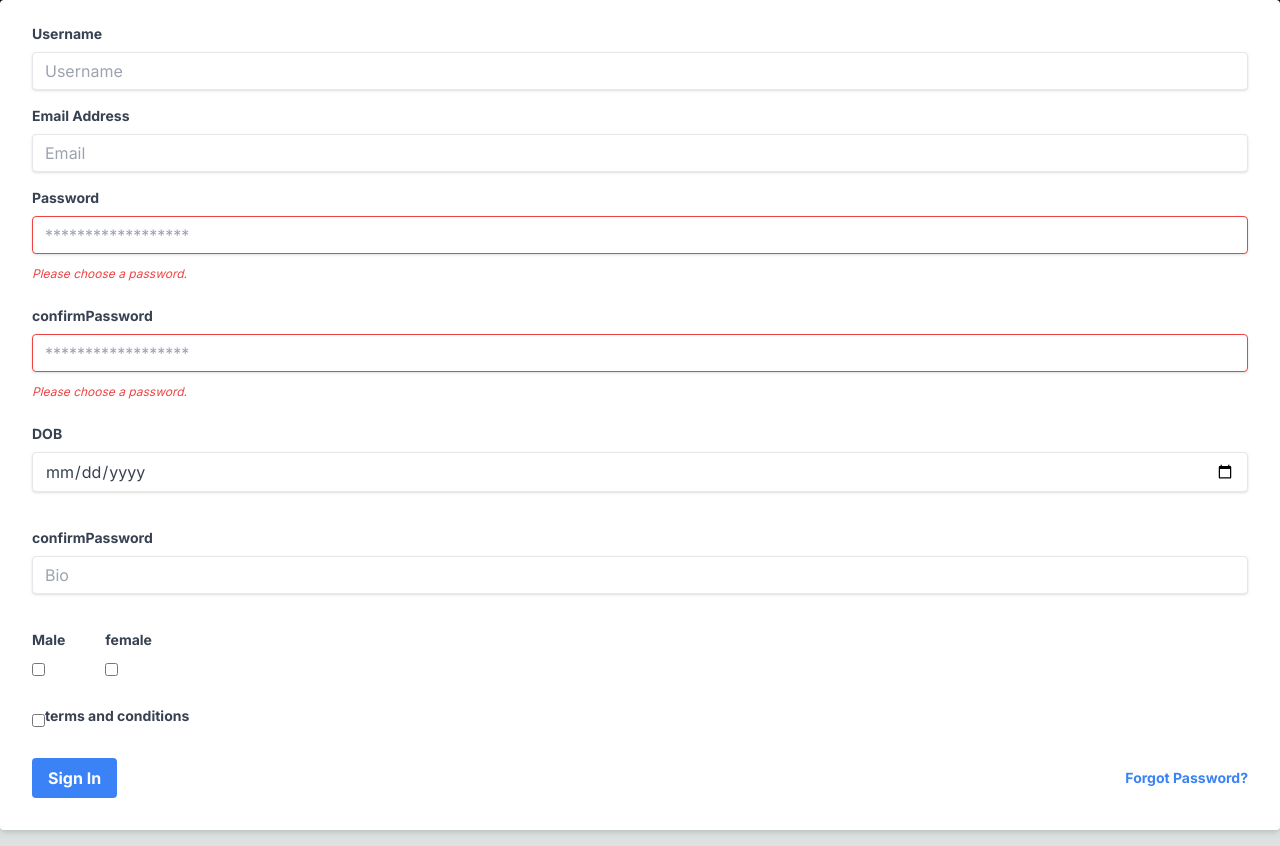
Repository: uh-sman/tiktok-card
Page: /
These files come from the project's save history. The page is drawn as it stood at one moment and after the next save; the edit follows.
The browser window is 1280 px wide. The pictures show the whole page.
The project was rebuilt for these pictures with package versions that can differ from the ones it lists, and the page was loaded fresh each time. The framework's server and built-in components were replaced by stand-ins that run in the browser. Also part of the build but not shown: next.config.js.

Above is the page before, as saved 2023-12-19 12:29:49.

After the next save:
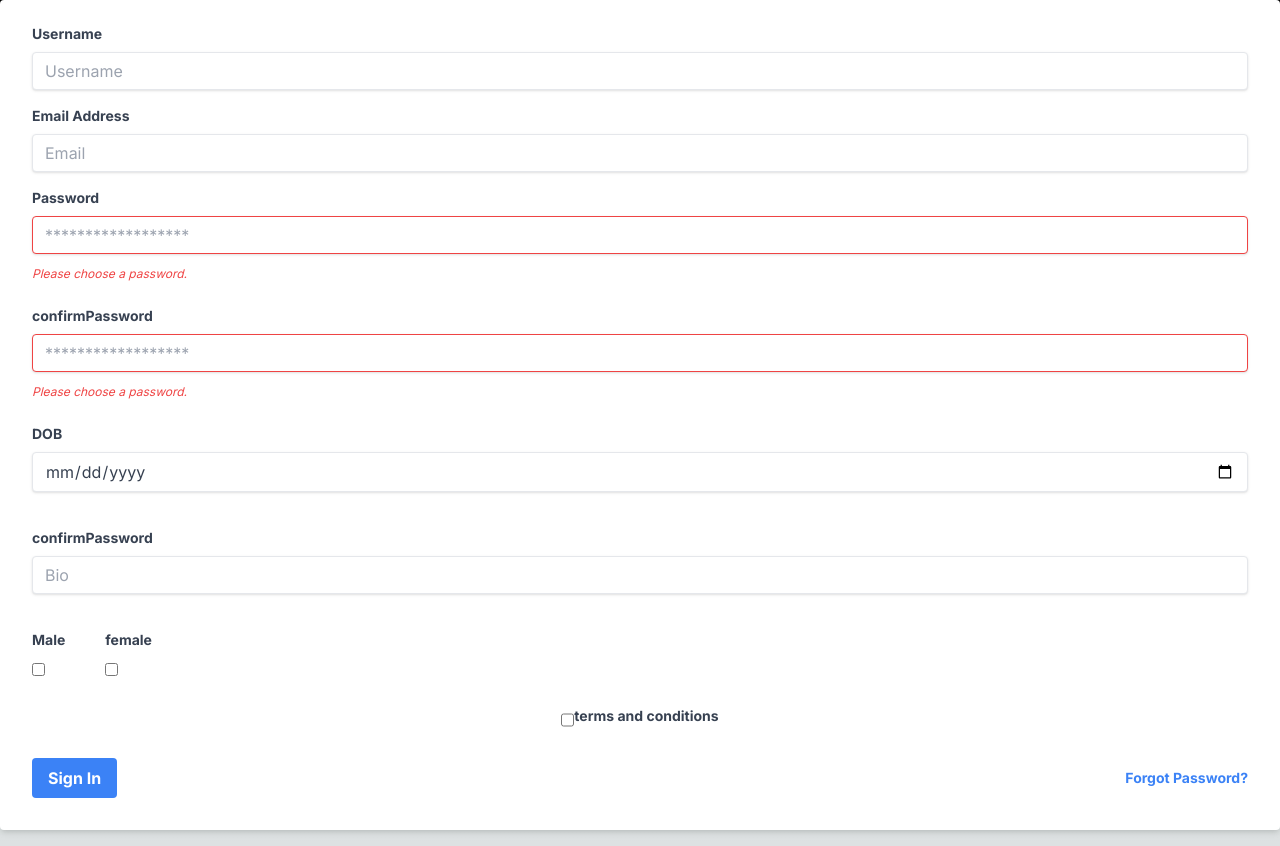
Saved 58 s later.
--- a/app/page.tsx
+++ b/app/page.tsx
@@ -80,7 +80,7 @@ export default function Home() {
         </div>
       </div>
     </div>
-    <div className="mb-6 flex items-center">
+    <div className="mb-6 flex justify-center">
       <Input onChange={() => {}} className="" id="terms" type="checkbox" placeholder="terms and conditions" />
       <label className="block text-gray-700 text-sm font-bold mb-2" htmlFor="password">
         terms and conditions

After the save that followed:
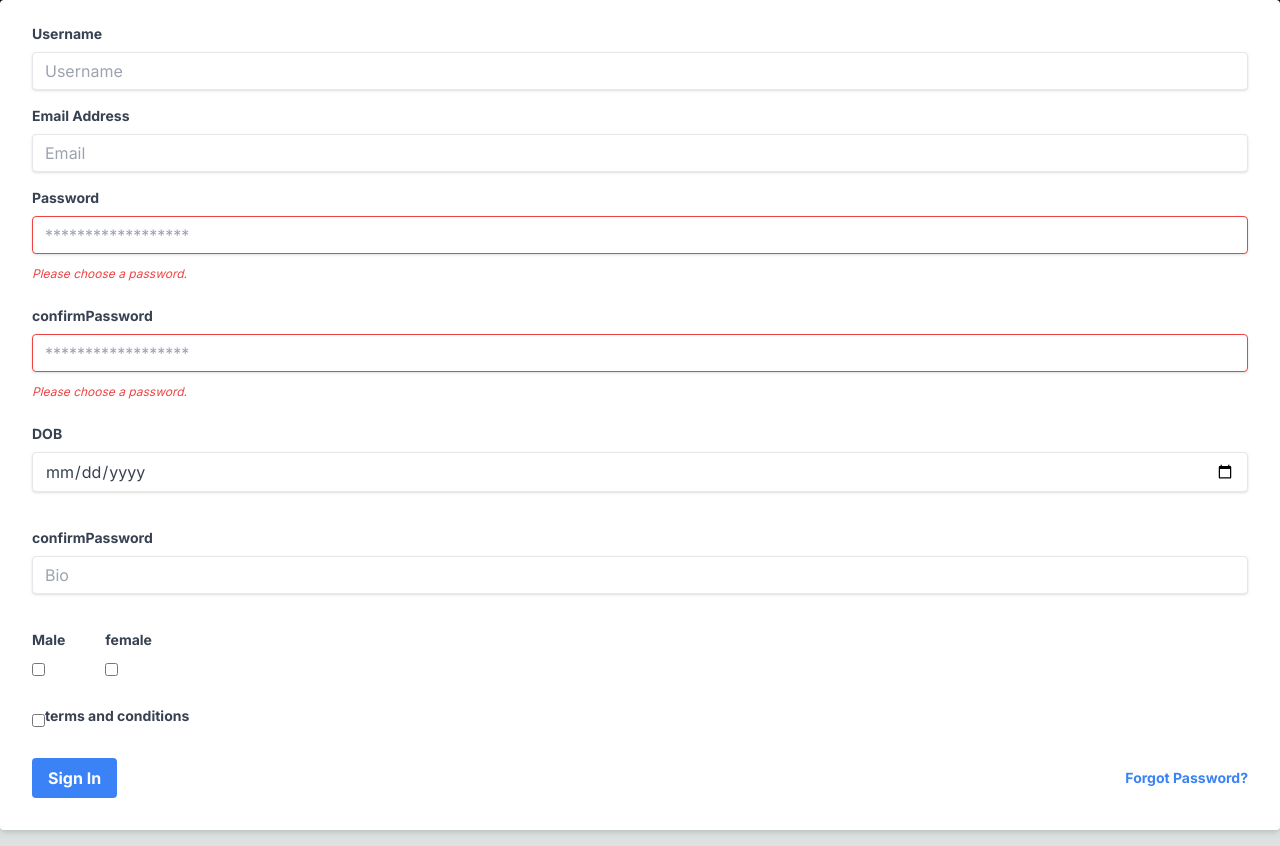
Saved 14 s later.
--- a/app/page.tsx
+++ b/app/page.tsx
@@ -80,7 +80,7 @@ export default function Home() {
         </div>
       </div>
     </div>
-    <div className="mb-6 flex justify-center">
+    <div className="mb-6 flex items-center">
       <Input onChange={() => {}} className="" id="terms" type="checkbox" placeholder="terms and conditions" />
       <label className="block text-gray-700 text-sm font-bold mb-2" htmlFor="password">
         terms and conditions
